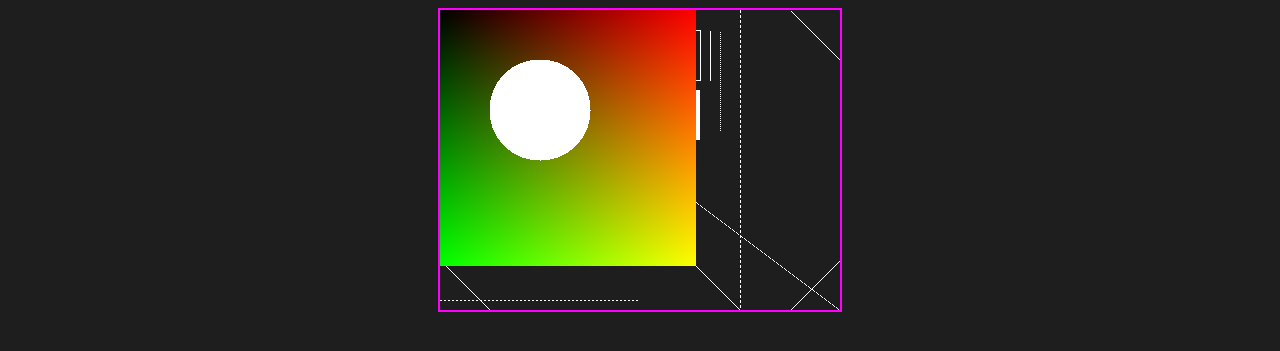
Repository: StarLightGX/miao
Page: paint.html
These files come from the project's save history. The page is drawn as it stood at one moment and after the next save; the edit follows.
The browser window is 1280 px wide. The pictures show the whole page.

Above is the page before, as saved 2020-11-13 16:50:47.

### paint.html
<!DOCTYPE html>
<html lang="en">
  <head>
    <meta charset="UTF-8" />
    <title>画图</title>
    <style>
      html {
        background-color: rgb(30, 30, 30);
      }
      canvas {
        border: 2px solid #f0f;
        display: block;
        margin: auto;
      }
    </style>
  </head>
  <body>
    <canvas width="400" height="300"></canvas>
  </body>
  <script>
    var canvas = document.querySelector("canvas");
    canvas.style.imageRendering = "pixelated";
    var ctx = canvas.getContext("2d");

    function dot(x, y, color = "white") {
      x = x | 0;
      y = y | 0;
      ctx.fillStyle = color;
      ctx.fillRect(x, y, 1, 1);
    }

    function line(x1, y1, x2, y2) {
      ctx.strokeStyle = "black";
      ctx.moveTo(x1, y1);
      ctx.lineTo(x2, y2);
      ctx.stroke();
    }
    /**
   * YOUR TASK
画图的题：
画一条实线
画一条一个实点一个空点的虚线
画一条两个实点两个空点的虚线
画一条三个实点两个空点的虚线
画一条45度的斜线
画一条30度的斜线（选做）
在四个角画分别画一条45度的斜线以让画面看起来像一个相框
画一条跨越画布左上角和右下角的对角线
画一个空心矩形
画一个实心矩形
画一个rgb色彩空间的某一面
画一个空心的圆
画一个实心的圆
画一个大小合适的sin(x)的图像
   */
  </script>
  <script>
    // YOUR CODE GOES BELOW
    var x = 1;
    var y = 1;
    var i = 0;

    // 画一条实线
    y = 20;
    for (i = 0; i < 50; i++) {
      y = y + 1;
      x = 270;
      dot(x, y);
    }

    // 画一条一个实点一个空点的虚线
    y = 20;
    for (i = 0; i < 50; i++) {
      y = y + 2;
      x = 280;
      dot(x, y);
    }

    // 画一条两个实点两个空点的虚线
    for (var x = 0; x < 200; x++) {
      if (x % 4 < 2) {
        dot(x, 290);
      }
    }

    // for (i = 0; i < 50; i++) {
    //   y = 4 * (i + 1);
    //   x = 290;
    //   dot(x, y);
    // }

    // for (i = 0; i < 50; i++) {
    //   y = 4 * (i + 1) + 1;
    //   x = 290;
    //   dot(x, y);
    // }

    // 画一条三个实点两个空点的虚线

    for (i = 0; i < 100; i++) {
      y = 5 * (i + 1);
      x = 300;
      dot(x, y - 10);
    }

    for (i = 0; i < 100; i++) {
      y = 5 * (i + 1) + 1;
      x = 300;
      dot(x, y - 10);
    }

    for (i = 0; i < 100; i++) {
      y = 5 * (i + 1) + 2;
      x = 300;
      dot(x, y - 10);
    }

    // 画一条45度的斜线
    y = 0;
    for (i = 0; i < 1050; i++) {
      y = y + 1;
      x = y;
      dot(x, y);
    }
    // 画一条30度的斜线（选做）
    for (var x = 0; x < 200; x++) {
      var y = x / Math.sqrt(3);
      dot(x, y);
    }

    // 在四个角画分别画一条45度的斜线以让画面看起来像一个相框
    y = 0;
    for (i = 0; i < 1050; i++) {
      y = y + 1;
      x = y;
      dot(x - 250, y);
    }
    y = 0;
    for (i = 0; i < 1050; i++) {
      y = y + 1;
      x = y;
      dot(x + 350, y);
    }
    y = 0;
    for (i = 0; i < 1050; i++) {
      y = y + 1;
      x = -y;
      dot(x + 50, y);
    }
    y = 0;
    for (i = 0; i < 1050; i++) {
      y = y + 1;
      x = -y;
      dot(x + 650, y);
    }

    // 画一条跨越画布左上角和右下角的对角线
    y = 0;
    for (i = 0; i < 500; i++) {
      y = y + 1;
      x = (4 / 3) * y;
      dot(x, y);
    }
    // 画一个空心矩形
    y = 20;
    for (i = 0; i < 50; i++) {
      y = y + 1;
      x = 260;
      dot(x, y);
    }
    y = 20;
    for (i = 0; i < 50; i++) {
      y = y + 1;
      x = 230;
      dot(x, y);
    }
    y = 20;
    for (i = 0; i < 31; i++) {
      y = y + 1;
      x = 30;
      dot(y + 209, x - 10);
    }
    y = 20;
    for (i = 0; i < 31; i++) {
      y = y + 1;
      x = 30;
      dot(y + 209, x + 40);
    }
    // 画一个实心矩形

    for (x = 230; x < 260; x++) {
      for (y = 80; y < 130; y++) {
        dot(x, y);
      }
    }

    // 画一个rgb色彩空间的某一面
    for (x = 0; x < 256; x++) {
      for (y = 0; y < 256; y++) {
        dot(x, y, "rgb" + "(" + x + "," + y + "," + 0 + ")");
      }
    }
    // 画一个空心的圆
    for (var r = 50; r >= 0; r = r - 0.01) {
      for (x = -r; x < r; x = x + 0.1) {
        y = Math.sqrt(r * r - x * x);
        dot(x + 100, y + 100);
        dot(x + 100, -y + 100);
      }
      for (y = -r; y < r; y = y + 0.1) {
        x = Math.sqrt(r * r - y * y);
        dot(x + 100, y + 100);
        dot(-x + 100, y + 100);
      }
    }
    //  for (var theta = 0; theta)
    // 画一个实心的圆

    // 画一个大小合适的sin(x)的图像
  </script>
</html>

After the next save:
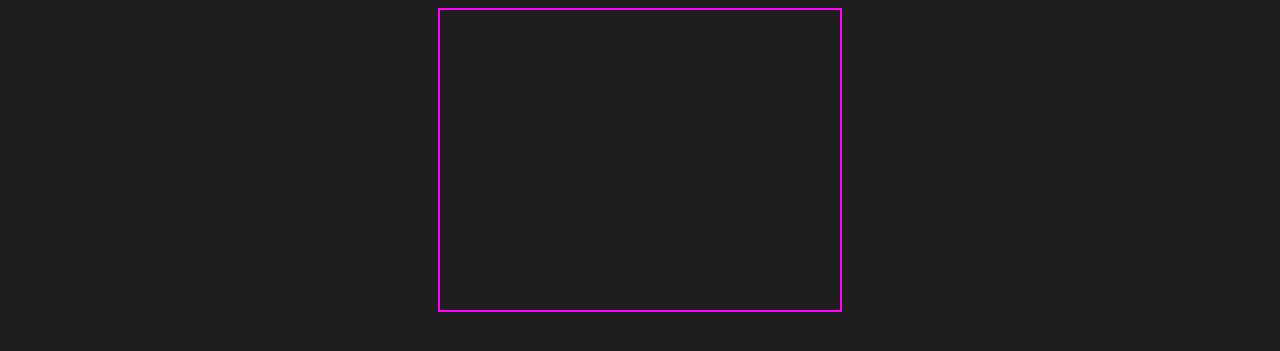
Console error: SyntaxError: Unexpected token '{'
Saved 4 s later.
--- a/paint.html
+++ b/paint.html
@@ -201,7 +201,7 @@
       }
     }
     // 画一个空心的圆
-    for (var r = 50; r >= 0; r = r - 0.01) {
+    for (var r = 50; r >= 0; r-- {
       for (x = -r; x < r; x = x + 0.1) {
         y = Math.sqrt(r * r - x * x);
         dot(x + 100, y + 100);

After the save that followed:
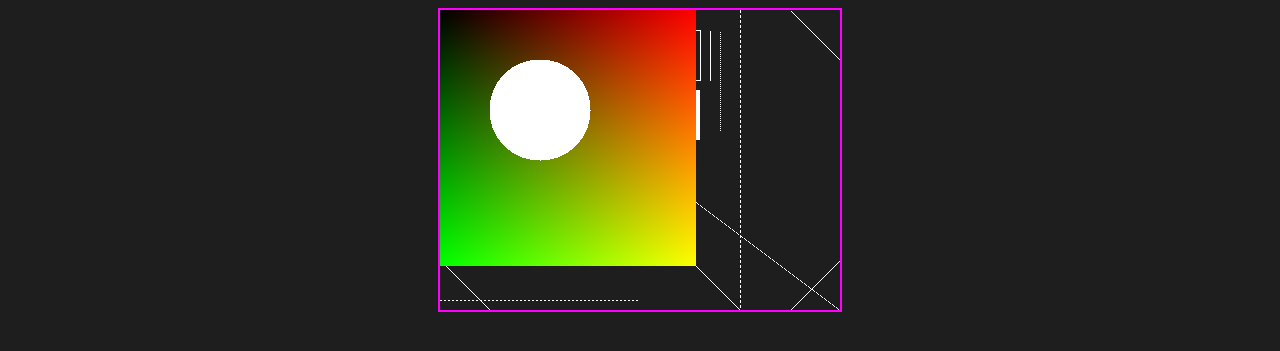
The error is gone.
Saved 6 s later.
--- a/paint.html
+++ b/paint.html
@@ -201,7 +201,7 @@
       }
     }
     // 画一个空心的圆
-    for (var r = 50; r >= 0; r-- {
+    for (var r = 50; r >= 0; r--) {
       for (x = -r; x < r; x = x + 0.1) {
         y = Math.sqrt(r * r - x * x);
         dot(x + 100, y + 100);
